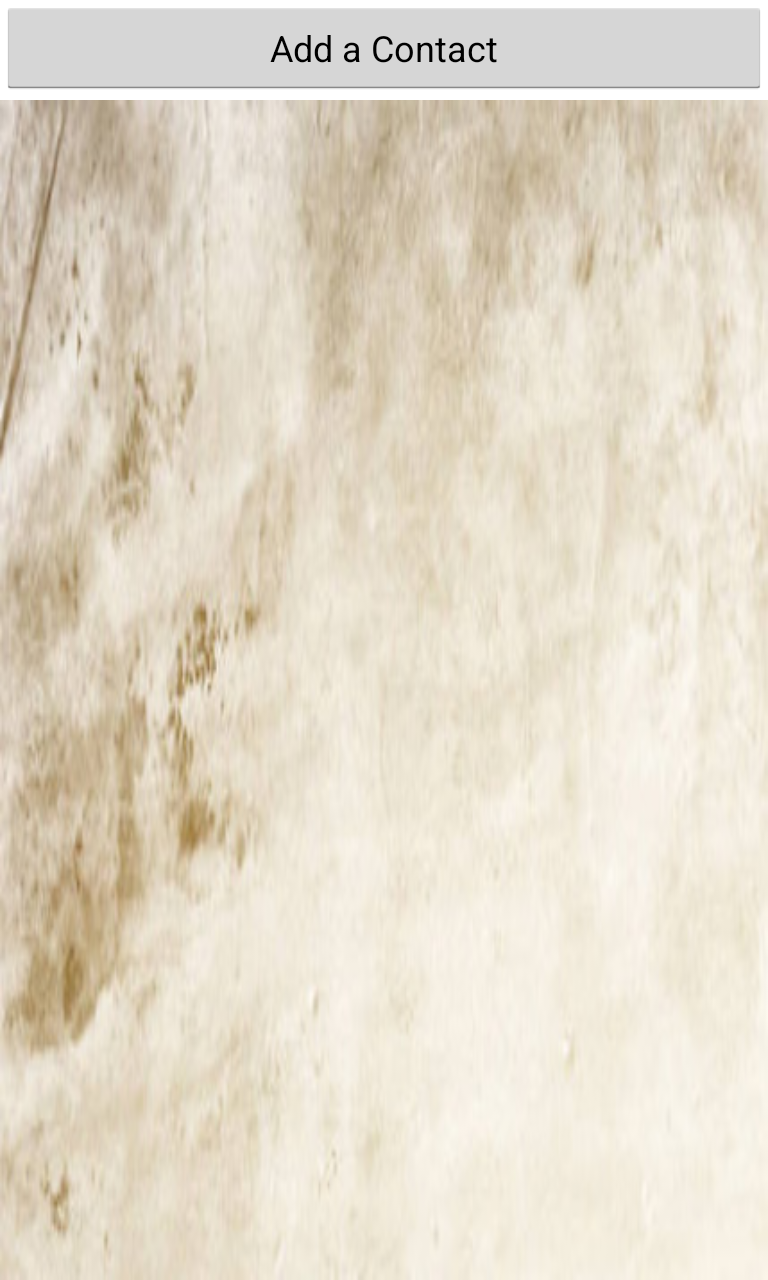
Repository: kenshiryu7/mdv-projects
Layout: Java_2/Java2_w3/res/layout/activity_main.xml
These files come from the project's save history. The layout is drawn as it stood at one moment and after the next save; the edit follows.
It is drawn on a 768 x 1280 px phone screen (xhdpi) without system bars, with theme AppTheme; the app's code is not run. Lists and similar views that code fills are empty.

Above is the layout before, as saved 2012-12-04 05:08:43.

After the next save:
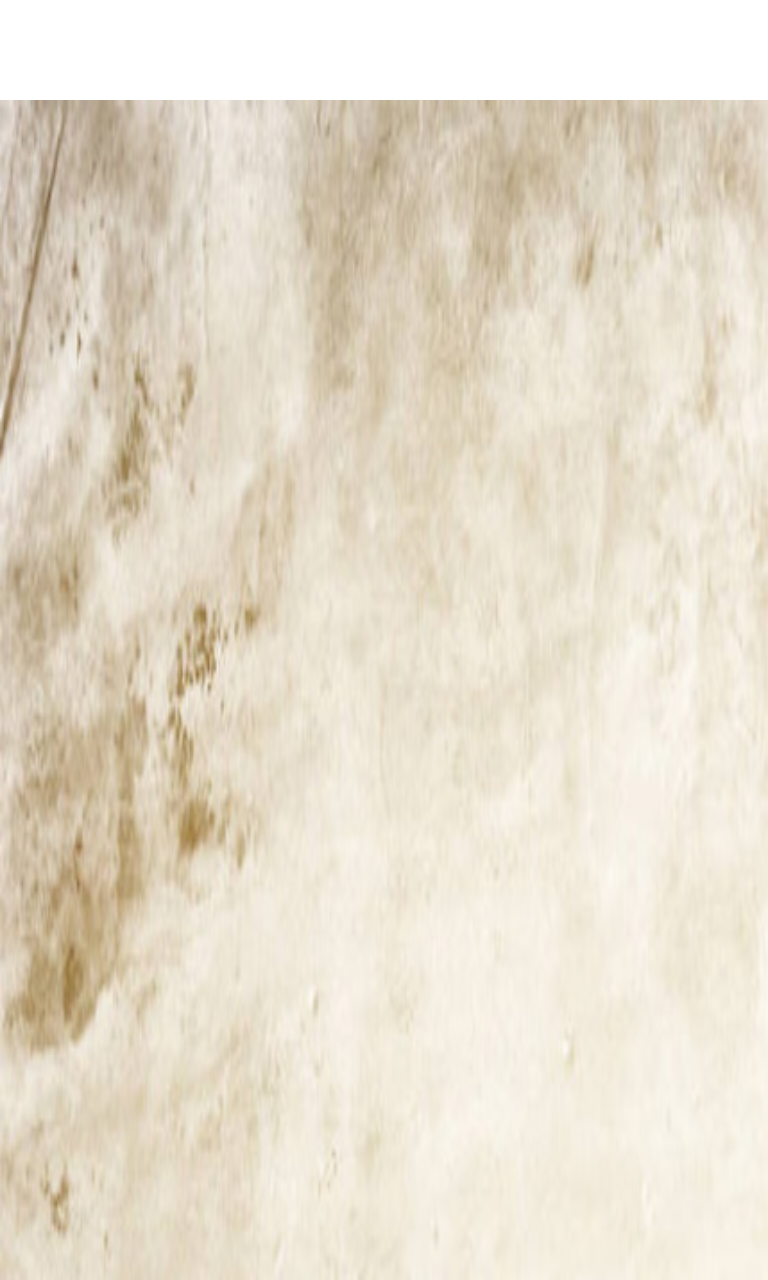
Saved 11 min 48 s later.
--- a/Java_2/Java2_w3/res/layout/activity_main.xml
+++ b/Java_2/Java2_w3/res/layout/activity_main.xml
@@ -10,12 +10,7 @@
         android:layout_width="match_parent"
         android:layout_height="50dp" >
 
-        <Button
-            android:id="@+id/addButt"
-            android:layout_width="wrap_content"
-            android:layout_height="wrap_content"
-            android:layout_weight="0.50"
-            android:text="@string/add_button" />
+
     </LinearLayout>
 
     <ListView
@@ -26,7 +21,12 @@
         android:focusable="true" >
 
     </ListView>
-
+		<Button
+            android:id="@+id/addButt"
+            android:layout_width="wrap_content"
+            android:layout_height="wrap_content"
+            android:layout_weight="0.50"
+            android:text="@string/add_button" />
 
 
 </LinearLayout>
